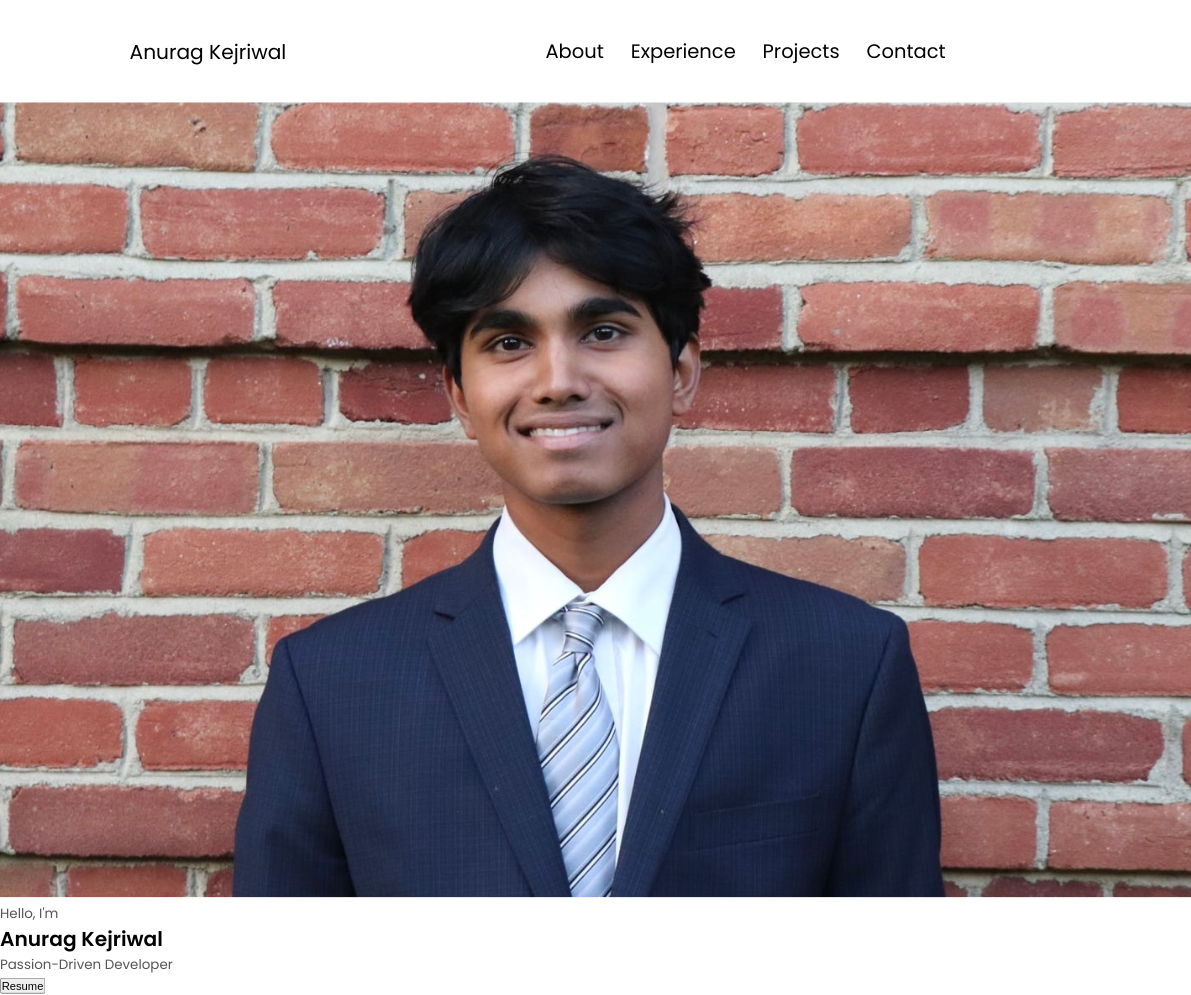
Repository: anuragkej/OldPortfolio
Page: index.html
An editor plug-in stored every save of this project. The page is shown before and after the next save, followed by the edit.
The browser window is 1280 px wide. The page is 1418 px wide, so the pictures cover 1418 px, including what lies to the right of the window. The pictures show the whole page, at 84% of full size.

Above is the page before, as saved 2024-05-25 20:54:51.

### index.html
<!DOCTYPE html>
<html lang="en">
<head>
    <meta charset="UTF-8">
    <meta name="viewport" content="width=device-width, initial-scale=1.0">
    <title>Personal Portfolio</title>
    <link rel="stylesheet" href="style.css">
    <link rel="stylesheet" href="mediaqueries.css">
</head>
<body>
    <nav id="desktop-nav">
        <div class="logo">Anurag Kejriwal</div>
        <div>
            <ul class="nav-links">
                <li><a href="#about">About</a></li>
                <li><a href="#experience">Experience</a></li>
                <li><a href="#projects">Projects</a></li>
                <li><a href="#contact">Contact</a></li>
            </ul>
        </div>
    </nav>
    <nav id="hamburger-nav">
        <div class="logo">Anurag Kejriwal</div>
        <div class="hamburger-menu">
            <div class="hamburger-icon" onclick="toggleMenu()">
                <span></span>
                <span></span>
                <span></span>
            </div>
            <div class="menu-links">
                <li><a href="#about" onclick="toggleMenu()" >About</a></li>
                <li><a href="#experience" onclick="toggleMenu()">Experience</a></li>
                <li><a href="#projects" onclick="toggleMenu()">Projects</a></li>
                <li><a href="#contact" onclick="toggleMenu()">Contact</a></li>
            </div>
        </div>
    </nav>
    <section id="profile">
        <div class="section_pic-container">
            <img src="./assets/20231026_132825_F9CEAA.jpeg" alt="Anurag Kejriwal profile picture">
        </div>
        <div class="section__text">
            <p class="section__text__p1">Hello, I'm</p>
            <h1 class="title">Anurag Kejriwal</h1>
            <p class="section__text__p2">Passion-Driven Developer</p>
            <div class="btn-container">
                <button class="btn btn-color-2"
                onclick="window.open('./assets/AnuragKejriwalResume_2026.pdf')">Resume</button>
            </div>
        </div>
    </section>
    <script src="script.js"></script>

</body>
</html>

### style.css
/* General */

@import url('https://fonts.googleapis.com/css2?family=Poppins:wght@300;400;500;600&display=swap');
*{
    margin: 0;
    padding: 0;
}

body{
    font-family: "Poppins", sans-serif;
}

html{
    scroll-behavior: smooth;
}

p{
    color: rgb(85, 85, 85);
}

/* Transition */
/* all the links, with button*/

a,
.btn{
    transition: all 300ms ease;
}

/*Desktop navigation */

nav, .nav-links {
    display: flex;
}

nav{
    justify-content: space-around;
    align-items: center;
    height: 17vh;
}

.nav-links{
    gap: 2rem;
    list-style: none;
    font-size: 1.45rem;
}

a{
    color: black;
    text-decoration: none;
    text-decoration-color: white;

}

a:hover{
    color: grey;
    text-decoration: underline;
    text-underline-offset: 0.7rem;
    text-decoration-color: rgb(181, 181, 181);
}

.logo{
    font-size: 1.5rem
}

.logo:hover{
    cursor:default;
}

/*Hamburger menu */

#hamburger-nav{
    display: none;
}

.hamburger-menu{
    position: relative;
    display: inline-block;
}

.hamburger-icon{
    display: flex;
    flex-direction: column;
    justify-content: space-between;
    height: 24px;
    width: 30px;
    cursor: pointer;
}

.hamburger-icon span{
    width: 100%;
    height: 2px;
    background-color: black;
    transition: all 0.3 ease-in-out;
}

.menu-links{
    position: absolute;
    top: 100%;
    right: 0%;
    background-color: white;
    width: fit-content;
    max-height: 0;
    overflow: hidden;
    transition: all 0.3 ease-in-out;
}

.menu-links a{
    display: block;
    padding: 10px;
    text-align: center;
    font-size: 1.5rem;
    color:black;
    text-decoration: none;
    transition: all 0.3 ease-in-out;

}

.menu-links li{
    list-style: none;
}

.menu-links.open{
    max-height: 300px;
}

.hamburger-icon.open span:first-child{
    transform: rotate(45deg) translate(10px, 5px);
}
.hamburger-icon.open span:nth-child(2){
    opacity: 0;
}
.hamburger-icon.open span:last-child{
    transform: rotate(-45deg) translate(10px, -5px);
}

.hamburger-icon span:first-child{
    transform: none;
}
.hamburger-icon span:first-child{
    opacity: 1;
}
.hamburger-icon span:first-child{
    transform: none;
}

### mediaqueries.css
@media screen and (max-width: 1200px) {
    #desktop-nav {
        display: none;
    }
    #hamburger-nav{
        display: flex;
    }
}

### script.js
function toggleMenu(){
    const menu = document.querySelector(".menu-links");
    const icon = document.querySelector(".hamburger-icon");
    menu.classList.toggle("open");
    icon.classList.toggle("open");
}
function toggleMenu(){
    const menu = document.querySelector(".menu-links");
    const icon = document.querySelector(".hamburger-icon");
    menu.classList.toggle("open");
    icon.classList.toggle("open");
}

After the next save:
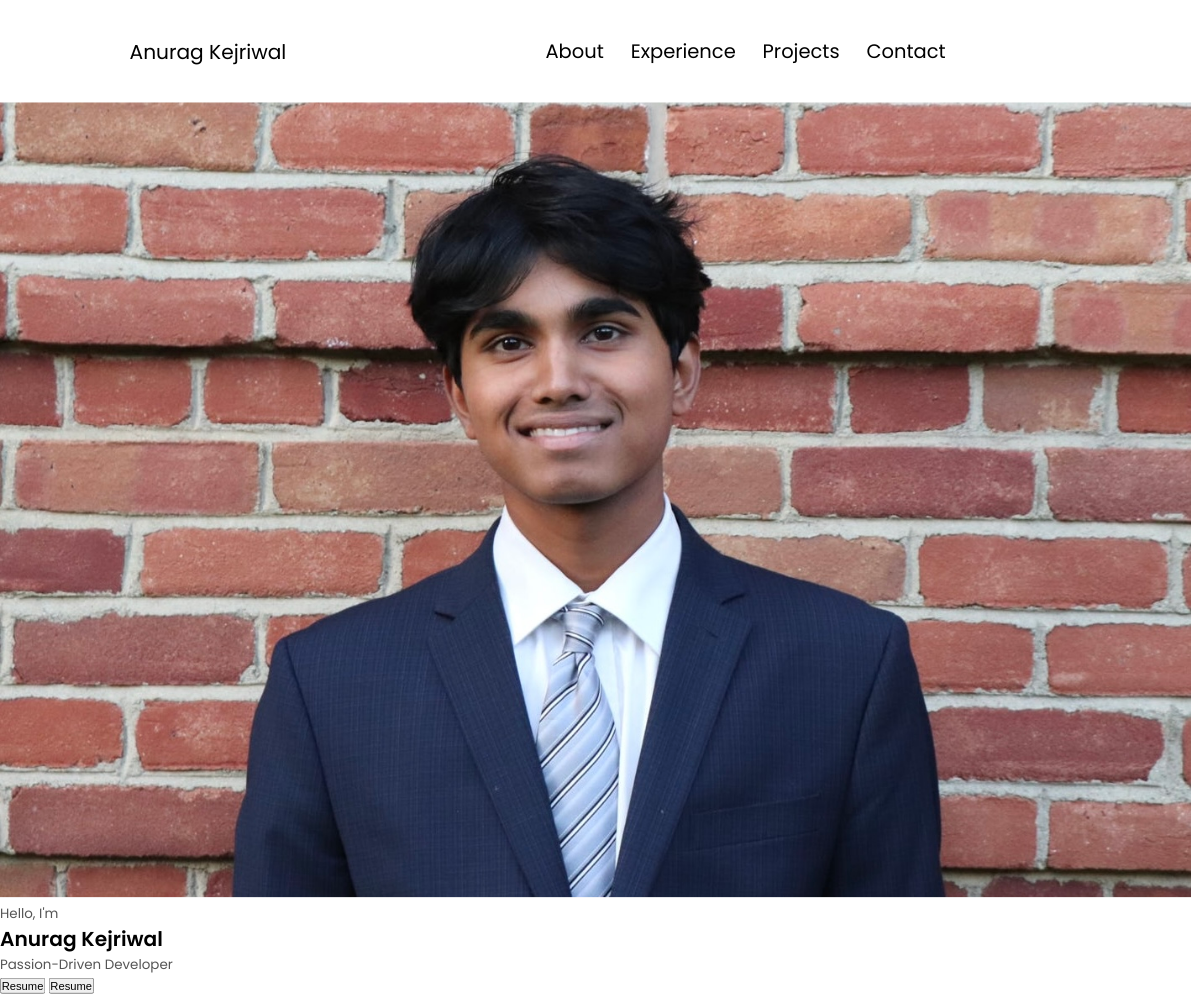
Saved 99 s later.
--- a/index.html
+++ b/index.html
@@ -46,6 +46,8 @@
             <div class="btn-container">
                 <button class="btn btn-color-2"
                 onclick="window.open('./assets/AnuragKejriwalResume_2026.pdf')">Resume</button>
+                <button class="btn btn-color-1"
+                onclick="location.href('./#contact')">Resume</button>
             </div>
         </div>
     </section>
